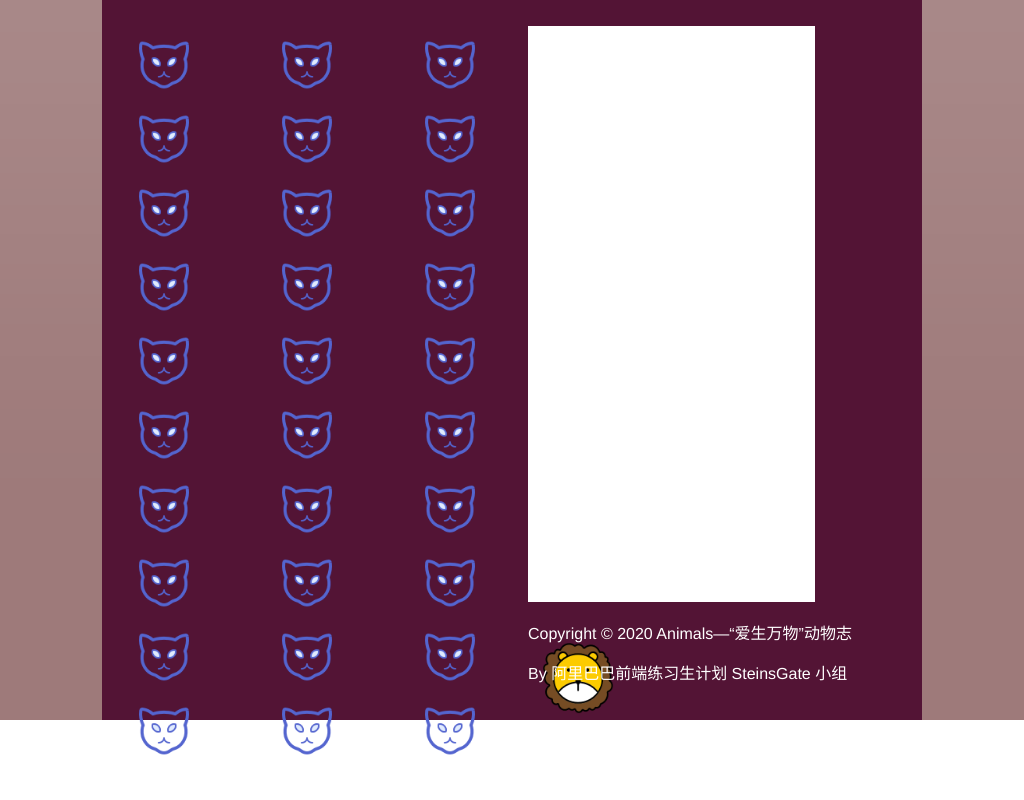
Repository: Whiskeyi/Animals
Page: /
These files come from the project's save history. The page is drawn as it stood at one moment and after the next save; the edit follows.
The browser window is 1024 px wide. The pictures show the whole page.
The project was rebuilt for these pictures with package versions that can differ from the ones it lists, and the page was loaded fresh each time.

Above is the page before, as saved 2021-11-15 22:45:27.

### public/index.html
<!DOCTYPE html>
<html lang="en">
  <head>
    <meta charset="utf-8">
    <meta http-equiv="X-UA-Compatible" content="IE=edge">
    <meta name="viewport" content="width=device-width,initial-scale=1.0">
    <link rel="icon" href="<%= BASE_URL %>favicon.ico">
    <title>Animals</title>
  </head>
  <body>
    <noscript>
      <strong>We're sorry but animals doesn't work properly without JavaScript enabled. Please enable it to continue.</strong>
    </noscript>
    <div id="app"></div>
    <!-- built files will be auto injected -->
  </body>
</html>

### src/main.js
import Vue from 'vue'
import App from './App.vue'
import router from './router'
import store from './store'
import './plugins/element.js' // 引入element-ui

Vue.config.productionTip = false

new Vue({
  router,
  store,
  render: h => h(App)
}).$mount('#app')

### src/App.vue
<template>
  <div id="app">
    <!-- 入口 -->
    <router-view/>
  </div>
</template>

<style lang="scss">
#app {
  font-family: 'Avenir', Helvetica, Arial, sans-serif;
  -webkit-font-smoothing: antialiased;
  -moz-osx-font-smoothing: grayscale;
}

html, body {  // 去除白边
    width: 100%;
    height: 100%;
    margin: 0;
    padding: 0;
    position: relative;
}
</style>

### src/router.js
// 路由
import Vue from 'vue'
import Router from 'vue-router'
import Home from './views/Home.vue'

Vue.use(Router)

export default new Router({
  mode: 'history',
  base: process.env.BASE_URL,
  routes: [
    {
      path: '/',
      name: 'home',
      component: Home
    }
  ]
})

### src/plugins/element.js
// 引入element-ui
import Vue from 'vue'

import ElementUI from 'element-ui';
import 'element-ui/lib/theme-chalk/index.css';

Vue.use(ElementUI);

### src/views/Home.vue
<template>
  <div id="home">
    <!-- 背景+光泽效果 -->
    <div class="bg">
      <Gloss></Gloss>
    </div>
    <!-- 页面容器 -->
    <div class="container">
      <!-- 左侧展示模块 -->
      <div id="leftContainer">
        <LeftMain></LeftMain>
      </div>
      <!-- 右侧展示模块 -->
      <div id="rightContainer">
        <!-- 输出信息 -->
          <Info></Info>
          <!-- 右侧标题 -->
          <RightHead></RightHead>
          <!-- 尾部 -->
          <Footer></Footer>
      </div>
    </div>
  </div>
</template>

<script>
// @ is an alias to /src
// 组件引入
import Gloss from '@/components/Gloss'
import Footer from '@/components/Footer'
import Info from '@/components/Info'
import RightHead from '@/components/right-head'
import LeftMain from '@/components/left-main'

export default {
  name: 'home',
  components: {
    Gloss,Footer,Info,RightHead,LeftMain
  }
}
</script>

<style lang="scss" scoped>
.home {
  // 浏览器滚动条隐藏
}
.bg {
  height: 100%;
  width: 100%;
  background-color:rgb(158, 122, 122);
  position: fixed;
  transition: background-color 2s ease-in; // 背景颜色2S过渡
  filter: blur(0.5px); // 背景高斯模糊
  // z-index: -9; //暂时注释,影响调试
}
#leftContainer {
  position: absolute;
  left: 10%;
  width: 40%;
  height: 100%;
  margin: 0 auto;
  background-color: #531435;
}
#rightContainer {
  position: fixed;
  right: 10%;
  width: 40%;
  height: 100%;
  margin: 0 auto;
  background-color: #531435;
}
</style>

### src/components/Gloss/index.vue
<template>
<!-- 实现光泽效果,丰富背景颜色 -->
<div id="gloss"></div>
</template>

<script>
export default {

}
</script>

<style lang="scss" scoped>
#gloss {
    position: fixed;
    width: 100%;
    height: 478px;
    background: url('../../assets/gloss.png') repeat-x;
    // z-index: -8;  //暂时注释,影响调试
}
</style>

### src/components/Footer/index.vue
<template>
  <div class="footerContainer">
      <p>Copyright © 2020 Animals—“爱生万物”动物志</p>
      <p>By 阿里巴巴前端练习生计划 SteinsGate 小组</p>
  </div>
</template>

<script>
export default {

}
</script>

<style lang="scss" scoped>
.footerContainer {
    position: fixed;
    bottom: 0;
    font-size: 1rem;
    color:#fff;
    margin:0 0 20px 16px;
}
</style>

### src/components/Info/index.vue
<template>
  <div class="infoContainer">
  </div>
</template>

<script>
export default {

}
</script>

<style lang="scss" scoped>
.infoContainer {
    float: left;
    z-index: 10000;
    width: 70%;
    height: 80%;
    margin: 26px 0 0 16px;
    background-color: #fff;
}
.infoContainer logo {
    position: absolute;
}
</style>

### src/components/right-head/index.vue
<template>
  <div class="rightHeadContainer">
      <el-image class="logo" alt="logo" :src="require('@/icons/index.png')"></el-image>
      <h1 class="vertical">Animals——爱生万物</h1>
  </div>
</template>

<script>
export default {

}
</script>

<style lang="scss" scoped>
.rightHeadContainer {
    float: left;
    height: 400px;
    width: 100px;
    margin: 26px 0 0 16px;
}
.vertical {
    writing-mode: vertical-lr;
    padding-left: 5px;
    color: #fff;
}
</style>

### src/components/left-main/index.vue
<template>
  <div class="leftContainer">
    <el-row :gutter="20" type="flex" justify="center">
      <el-col :span="8">
        <el-image class="logo" alt="logo" :src="require('@/icons//animals/cat.png')"></el-image>
      </el-col>
      <el-col :span="8">
        <el-image class="logo" alt="logo" :src="require('@/icons//animals/cat.png')"></el-image>
      </el-col>
      <el-col :span="8">
        <el-image class="logo" alt="logo" :src="require('@/icons//animals/cat.png')"></el-image>
      </el-col>
    </el-row>
    <el-row :gutter="20" type="flex" justify="center">
      <el-col :span="8">
        <el-image class="logo" alt="logo" :src="require('@/icons//animals/cat.png')"></el-image>
      </el-col>
      <el-col :span="8">
        <el-image class="logo" alt="logo" :src="require('@/icons//animals/cat.png')"></el-image>
      </el-col>
      <el-col :span="8">
        <el-image class="logo" alt="logo" :src="require('@/icons//animals/cat.png')"></el-image>
      </el-col>
    </el-row>
    <el-row :gutter="20" type="flex" justify="center">
      <el-col :span="8">
        <el-image class="logo" alt="logo" :src="require('@/icons//animals/cat.png')"></el-image>
      </el-col>
      <el-col :span="8">
        <el-image class="logo" alt="logo" :src="require('@/icons//animals/cat.png')"></el-image>
      </el-col>
      <el-col :span="8">
        <el-image class="logo" alt="logo" :src="require('@/icons//animals/cat.png')"></el-image>
      </el-col>
    </el-row>
    <el-row :gutter="20" type="flex" justify="center">
      <el-col :span="8">
        <el-image class="logo" alt="logo" :src="require('@/icons//animals/cat.png')"></el-image>
      </el-col>
      <el-col :span="8">
        <el-image class="logo" alt="logo" :src="require('@/icons//animals/cat.png')"></el-image>
      </el-col>
      <el-col :span="8">
        <el-image class="logo" alt="logo" :src="require('@/icons//animals/cat.png')"></el-image>
      </el-col>
    </el-row>
    <el-row :gutter="20" type="flex" justify="center">
      <el-col :span="8">
        <el-image class="logo" alt="logo" :src="require('@/icons//animals/cat.png')"></el-image>
      </el-col>
      <el-col :span="8">
        <el-image class="logo" alt="logo" :src="require('@/icons//animals/cat.png')"></el-image>
      </el-col>
      <el-col :span="8">
        <el-image class="logo" alt="logo" :src="require('@/icons//animals/cat.png')"></el-image>
      </el-col>
    </el-row>
    <el-row :gutter="20" type="flex" justify="center">
      <el-col :span="8">
        <el-image class="logo" alt="logo" :src="require('@/icons//animals/cat.png')"></el-image>
      </el-col>
      <el-col :span="8">
        <el-image class="logo" alt="logo" :src="require('@/icons//animals/cat.png')"></el-image>
      </el-col>
      <el-col :span="8">
        <el-image class="logo" alt="logo" :src="require('@/icons//animals/cat.png')"></el-image>
      </el-col>
    </el-row>
    <el-row :gutter="20" type="flex" justify="center">
      <el-col :span="8">
        <el-image class="logo" alt="logo" :src="require('@/icons//animals/cat.png')"></el-image>
      </el-col>
      <el-col :span="8">
        <el-image class="logo" alt="logo" :src="require('@/icons//animals/cat.png')"></el-image>
      </el-col>
      <el-col :span="8">
        <el-image class="logo" alt="logo" :src="require('@/icons//animals/cat.png')"></el-image>
      </el-col>
    </el-row>
    <el-row :gutter="20" type="flex" justify="center">
      <el-col :span="8">
        <el-image class="logo" alt="logo" :src="require('@/icons//animals/cat.png')"></el-image>
      </el-col>
      <el-col :span="8">
        <el-image class="logo" alt="logo" :src="require('@/icons//animals/cat.png')"></el-image>
      </el-col>
      <el-col :span="8">
        <el-image class="logo" alt="logo" :src="require('@/icons//animals/cat.png')"></el-image>
      </el-col>
    </el-row>
    <el-row :gutter="20" type="flex" justify="center">
      <el-col :span="8">
        <el-image class="logo" alt="logo" :src="require('@/icons//animals/cat.png')"></el-image>
      </el-col>
      <el-col :span="8">
        <el-image class="logo" alt="logo" :src="require('@/icons//animals/cat.png')"></el-image>
      </el-col>
      <el-col :span="8">
        <el-image class="logo" alt="logo" :src="require('@/icons//animals/cat.png')"></el-image>
      </el-col>
    </el-row>
    <el-row :gutter="20" type="flex" justify="center">
      <el-col :span="8">
        <el-image class="logo" alt="logo" :src="require('@/icons//animals/cat.png')"></el-image>
      </el-col>
      <el-col :span="8">
        <el-image class="logo" alt="logo" :src="require('@/icons//animals/cat.png')"></el-image>
      </el-col>
      <el-col :span="8">
        <el-image class="logo" alt="logo" :src="require('@/icons//animals/cat.png')"></el-image>
      </el-col>
    </el-row>
  </div>
</template>

<script>
export default {

}
</script>

<style lang="scss" scoped>
.leftContainer {
  padding: 30px 0;
  width: 100%;
  text-align: center;
}
.leftContainer .logo {
  width: 100px;
  height: 100px;
  padding: 20px 0;
}
 @media screen and (max-width: 768px) { // 屏幕小于768px样式
  .leftContainer .logo {
    height: 40px;
    width: 40px;
    padding: 10px 0;
  }
 }
  @media screen and (max-width: 1024px) { // 屏幕小于1024px样式
  .leftContainer .logo {
    height: 50px;
    width: 50px;
    padding: 10px 0;
  }
 }
</style>

Loaded but not shown: src/store.js (common file)

After the next save:
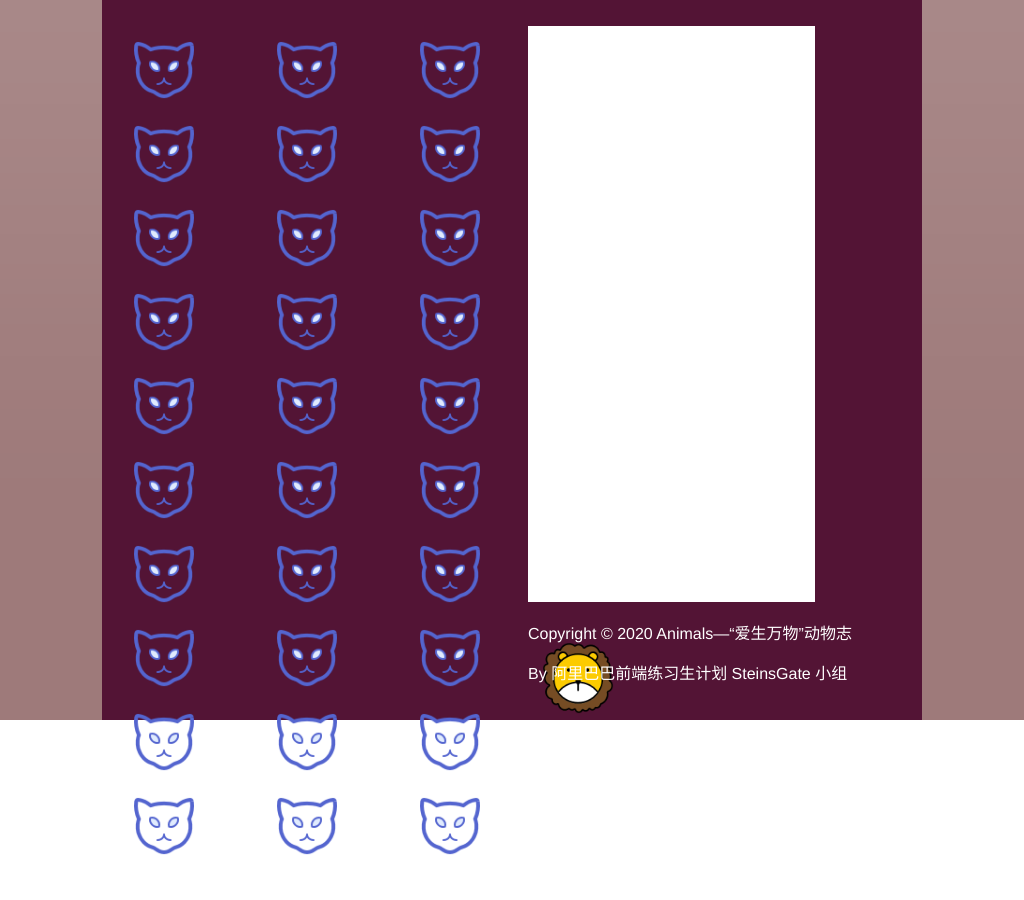
Saved 9 s later.
--- a/src/components/left-main/index.vue
+++ b/src/components/left-main/index.vue
@@ -139,8 +139,8 @@ export default {
  }
   @media screen and (max-width: 1024px) { // 屏幕小于1024px样式
   .leftContainer .logo {
-    height: 50px;
-    width: 50px;
+    height: 60px;
+    width: 60px;
     padding: 10px 0;
   }
  }
